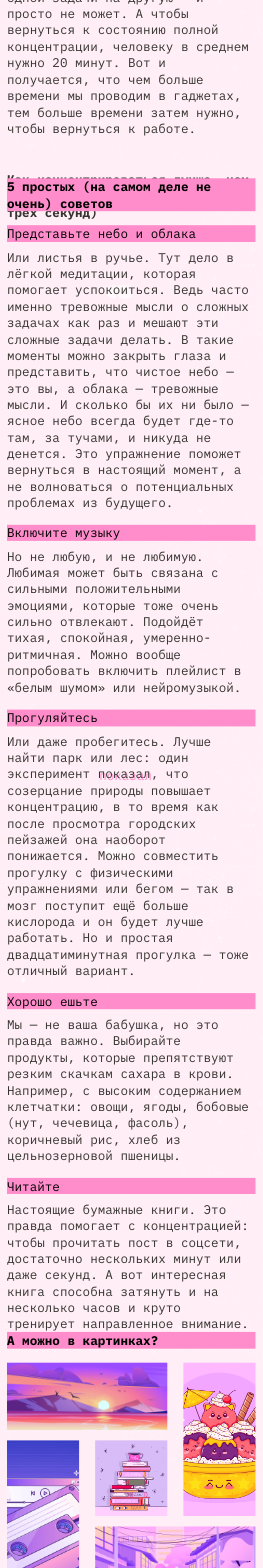
Repository: Hadoooouken/slozhno-sosredotochitsya
Page: index.html
These files come from the project's save history. The page is drawn as it stood at one moment and after a run of saves; the edit follows.
The browser window is 375 px wide. The pictures show the part of the page from y = 2764 to 5004 px (the page is 5963 px tall before and 5958 px after), at 70% of full size.
Backgrounds fixed to the window are drawn as part of the page.

Above is the page before, as saved 2024-01-24 22:03:21.

### index.html
<!DOCTYPE html>
<html lang="ru">
  <head>
    <meta charset="UTF-8" />
    <meta http-equiv="X-UA-Compatible" content="IE=edge" />
    <meta name="viewport" content="width=device-width, initial-scale=1.0" />
    <meta name="color-scheme" content="dark light" />
    <link rel="icon" href="images/favicon.svg" sizes="any" />
    <link rel="stylesheet" href="fonts/fonts.css" />
    <link rel="stylesheet" href="styles/globals.css" />
    <link rel="stylesheet" href="./styles/variables.css" />
    <link rel="stylesheet" href="scripts/script.js" />
    <link rel="stylesheet" href="./styles/style.css" />
    <link rel="stylesheet" href="./styles/dark.css" />
    <link rel="stylesheet" href="./styles/light.css" />
    <title>Сложно сосредоточиться</title>
  </head>
  <body class="page">
    <header class="header decorated-zone">
      <div class="decoration-element" aria-hidden="true"></div>
      <nav class="header__theme-menu">
        <ul class="header__theme-menu-list">
          <li class="header__theme-menu-item">
            <button
              class="header__theme-menu-button header__theme-menu-button_type_light"
            >
              День
            </button>
          </li>
          <li class="header__theme-menu-item">
            <button
              class="header__theme-menu-button header__theme-menu-button_active header__theme-menu-button_type_auto"
              disabled
            >
              Авто
            </button>
          </li>
          <li class="header__theme-menu-item">
            <button
              class="header__theme-menu-button header__theme-menu-button_type_dark"
            >
              Неон
            </button>
          </li>
        </ul>
      </nav>
      <h1 class="header__title">no focus</h1>
      <div class="header__text title_decor">
        <p>
          Что делать, когда не можешь делать ничего Или&nbsp;почему нам так
          сложно сконцентрироваться, особенно когда очень надо
        </p>
      </div>
    </header>
    <main class="main">
      <section class="section">
        <article class="focus__block">
          <h2 class="section__title">Почему сосредоточиться так сложно</h2>

          <div>
            <h2 class="section__sub-title title_decor">Многозадачность</h2>
            <p class="section__text">
              Особенно сложно сосредоточиться, когда задач много и все они —
              важные. Где же легендарная многозадачность, когда она так нужна
              вам (и всем нанимающим менеджерам этого мира)? А дело в том, что
              её просто не существует. Исследователи
              <a
                class="text__link"
                href="https://dana.org/article/multicosts-of-multitasking/"
                target="_blank"
                >выяснили</a
              >, что мозгу тяжело концентрироваться даже на двух делах
              одновременно. А когда в поле внимания попадает несколько важных
              задач, организм паникует и выделяет кортизол и адреналин —
              «гормоны стресса». Из-за этого мы работаем невнимательно:
              ошибаемся и быстро устаём.
            </p>
            <h2 class="section__sub-title title_decor">Дофамин</h2>
            <p class="section__text">
              С гормонами стресса всё понятно, но дальше — ещё интереснее. В
              нашей невозможности сосредоточиться замешана и полная
              противоположность стрессу — дофамин. Это вещество участвует в
              системе вознаграждения мозга. Причём тут он? Мы часто отвлекаемся
              от важной задачи на что-то более «приятное» для мозгов. Например,
              смотрим лайки в соцсетях. В это время и выделяется дофамин — и мы
              чувствуем удовольствие. Получается замкнутый круг: чем больше
              отвлекаешься, тем больше удовольствия получаешь.
            </p>
          </div>
        </article>
      </section>
      <section class="section">
        <article class="concentration__block">
          <div class="concentration">
            <h2 class="section__title">Что снижает концентрацию внимания?</h2>
          </div>

          <div class="multitasking">
            <h2 class="section__sub-title title_decor">Многозадачность</h2>
            <p class="section__text">
              Как концентрация может снижаться из-за… концентрации? Любая
              стрессовая ситуация (и резко меняющийся мир в целом) заставляет
              наш мозг постоянно «сканировать» окружающую среду на предмет
              опасности. Например, читать новости вместо работы. Но быть
              собранными всё время — невозможно. Концентрация — мышца, и она
              может не выдержать, если не давать ей отдохнуть.
            </p>
          </div>
          <div class="eat">
            <h2 class="section__sub-title title_decor">Еда</h2>
            <p class="section__text">
              «Быстрые углеводы» — сахар, белый хлеб, сладости — молниеносно
              доставляют в мозг энергию и помогают ему лучше работать. Но уходит
              эта энергия также быстро, как и приходит. А мы в результате
              попадаем на «углеводные качели»: как только действие «быстрых
              углеводов» заканчивается, мы чувствуем усталость и сонливость. И
              хотим ещё больше быстрых углеводов.
            </p>
          </div>
          <div class="gadgets">
            <h2 class="section__sub-title title_decor">Гаджеты</h2>
            <p class="section__text">
              Да-да, это та самая ситуация, когда на экране ноутбука — код, в
              наушниках — подкаст, а на компьютере фоном — ещё и видео с
              забавными утятами. В результате мозг пытается переключиться с
              одной задачи на другую — и просто не может. А чтобы вернуться к
              состоянию полной концентрации, человеку в среднем нужно 20 минут.
              Вот и получается, что чем больше времени мы проводим в гаджетах,
              тем больше времени затем нужно, чтобы вернуться к работе.
            </p>
          </div>
        </article>
      </section>
      <section class="section">
        <article class="how__block">
          <h2 class="section__title">
            Как концентрироваться лучше, чем золотая рыбка (то есть дольше трёх
            секунд)
          </h2>
          <div>
            <h2 class="concentration__title title_decor">
              5 простых (на самом деле не очень) советов
            </h2>
            <h2 class="concentration__sub-title title_decor">
              Представьте небо и облака
            </h2>
            <p class="concentration__text">
              Или листья в ручье. Тут дело в лёгкой медитации, которая помогает
              успокоиться. Ведь часто именно тревожные мысли о сложных задачах
              как раз и мешают эти сложные задачи делать. В такие моменты можно
              закрыть глаза и представить, что чистое небо — это вы, а облака —
              тревожные мысли. И сколько бы их ни было — ясное небо всегда будет
              где-то там, за тучами, и никуда не денется. Это упражнение поможет
              вернуться в настоящий момент, а не волноваться о потенциальных
              проблемах из будущего.
            </p>
            <h2 class="concentration__sub-title title_decor">
              Включите музыку
            </h2>
            <p class="concentration__text">
              Но не любую, и не любимую. Любимая может быть связана с сильными
              положительными эмоциями, которые тоже очень сильно отвлекают.
              Подойдёт тихая, спокойная, умеренно-ритмичная. Можно вообще
              попробовать включить плейлист в «белым шумом» или нейромузыкой.
            </p>
            <h2 class="concentration__sub-title title_decor">Прогуляйтесь</h2>
            <p class="concentration__text">
              Или даже пробегитесь. Лучше найти парк или лес: один эксперимент
              <a
                class="text__link"
                href="https://www.sciencedirect.com/science/article/abs/pii/S0272494415000328"
                target="_blank"
                >показал</a
              >, что созерцание природы повышает концентрацию, в то время как
              после просмотра городских пейзажей она наоборот понижается. Можно
              совместить прогулку с физическими упражнениями или бегом — так в
              мозг поступит ещё больше кислорода и он будет лучше работать. Но и
              простая двадцатиминутная прогулка — тоже отличный вариант.
            </p>
            <h2 class="concentration__sub-title title_decor">Хорошо ешьте</h2>
            <p class="concentration__text">
              Мы — не ваша бабушка, но это правда важно. Выбирайте продукты,
              которые препятствуют резким скачкам сахара в крови. Например, с
              высоким содержанием клетчатки: овощи, ягоды, бобовые (нут,
              чечевица, фасоль), коричневый рис, хлеб из цельнозерновой пшеницы.
            </p>
            <h2 class="concentration__sub-title title_decor">Читайте</h2>
            <p class="concentration__text">
              Настоящие бумажные книги. Это правда помогает с концентрацией:
              чтобы прочитать пост в соцсети, достаточно нескольких минут или
              даже секунд. А вот интересная книга способна затянуть и на
              несколько часов и круто тренирует направленное внимание.
            </p>
          </div>
        </article>
      </section>
      <section class="gallery__section section">
        <h2 class="gallery__title section__sub-title title_decor">
          А можно в картинках?
        </h2>
        <ul class="gallery__list">
          <li class="galery__list-item sunset">
            <img
              class="galery__img"
              loading="lazy"
              src="./images/sunset.png"
              alt="закат"
            />
          </li>
          <li class="galery__list-item ice-cream">
            <img
              class="galery__img"
              loading="lazy"
              src="./images/ice-cream.png"
              alt="мороженное"
            />
          </li>
          <li class="galery__list-item tape">
            <img
              class="galery__img"
              loading="lazy"
              src="./images/tape.png"
              alt="кассеты"
            />
          </li>
          <li class="galery__list-item books">
            <img
              class="galery__img"
              loading="lazy"
              src="./images/books.png"
              alt="книги"
            />
          </li>
          <li class="galery__list-item street">
            <img
              class="galery__img"
              loading="lazy"
              src="./images/street.png"
              alt="улица"
            />
          </li>
        </ul>
      </section>
    </main>
    <footer class="footer">
      <div class="decorated-zone"></div>
      <h2 class="footer__title">focus</h2>
    </footer>

    <script src="./scripts/script.js"></script>
  </body>
</html>

### styles/variables.css
:root {
  /*
  Переменные для вашего проекта
  и их переопределение под различные устройства
*/

  ---button-color: #ff0070;
  --decoration-element: #ff0070;
  --background-image: url(/images/cover-image-dark.png);
  --hover-color: rgb(255 0 112 / 0.4);
  --main-font: "IBM Plex mono" sans-serif;
  --focus-color: #ff0070;
  --main-title: #DB00FF;
  --sub-title-color: #000028;
  --backgroundg-sub-title: #FF0070;
  --title-color: #ff0070;
  --text-color: #f1b2ce;
  --bg-color: #000028;
  --link-color: #ff0070;
  --link-status:#F1B2CE;
  --shadow-color:#ff0070;


}

### scripts/script.js
const themeButtons = document.querySelectorAll('.header__theme-menu-button');

themeButtons.forEach((button) => {
  button.addEventListener('click', () => {
    themeButtons.forEach((btn) => {
      btn.classList.remove('header__theme-menu-button_active');
      btn.removeAttribute('disabled');
    });
    if (
      [...button.classList].includes('header__theme-menu-button_type_light')
    ) {
      changeTheme('light');
    } else if (
      [...button.classList].includes('header__theme-menu-button_type_dark')
    ) {
      changeTheme('dark');
    } else {
      changeTheme('auto');
    }
    button.classList.add('header__theme-menu-button_active');
    button.setAttribute('disabled', true);
  });
});

function changeTheme(theme) {
  document.body.className = 'page';
  document.body.classList.add(`theme_${theme}`);
  localStorage.setItem('theme', theme);
}

function initTheme() {
  const theme = localStorage.getItem('theme');
  if (theme) {
    changeTheme(theme);
    themeButtons.forEach((btn) => {
      btn.classList.remove('header__theme-menu-button_active');
      btn.removeAttribute('disabled');
    });
    document
      .querySelector(`.header__theme-menu-button_type_${theme}`)
      .classList.add('header__theme-menu-button_active');
    document
      .querySelector(`.header__theme-menu-button_type_${theme}`)
      .setAttribute('disabled', true);
  }
}

initTheme();

### styles/style.css
/* Основные стили проекта. Это стили для темы, которую вы верстаете первой. */

.page {
  /* сохраните в разметке и стилях класс page. На его основе работает скрипт. */

  background-color: var(--bg-color);
  background-image: var(--background-image);
  background-attachment: fixed;
  background-position: center;
  background-size: cover;
  font-family: "IBM Plex mono";
  font-size: 18px;
}
.section {
  padding: 0px 20px;
}

.header {
  position: relative;
  block-size: 100vh;
  min-block-size: 375px;
  padding: 20px;
  display: grid;
  grid-template-rows: 1fr min-content 1fr;
  justify-items: start;
}

.decorated-zone::before {
  content: "";
  position: absolute;
  border-block-start: 1px solid var(--decoration-element);
  border-inline-end: 1px solid var(--decoration-element);
  right: 20px;
  top: 20px;
  width: 25px;
  height: 25px;
}

.decorated-zone::after {
  content: "";
  position: absolute;
  border-block-end: 1px solid var(--decoration-element);
  border-inline-start: 1px solid var(--decoration-element);
  left: 20px;
  bottom: 20px;
  width: 25px;
  height: 25px;
}
.decoration-element {
  position: absolute;
  right: 48px;
  top: 21px;
}

.decoration-element::before {
  content: "REC";
  color: var(--decoration-element);
  font-family: inherit;
  display: inline-block;
}

.decoration-element::after {
  content: "";
  background-color: var(--decoration-element);
  width: 9px;
  height: 9px;
  border-radius: 50%;
  display: inline-block;
  box-shadow: 0px 0px 4px 2px var(--decoration-element);
  top: 6px;
  left: 42px;
  position: absolute;
}

.header__title {
  font-family: var(--main-font);
  font-size: clamp(7.5rem, 0.5625rem + 14.4531vw, 9.8125rem);
  color: var(--main-title);
  line-height: 82.5%;
  text-shadow: 4px 4px 0 var(--shadow-color);
  margin-inline-start: -20px;
}

.header__theme-menu {
  justify-self: center;
}

.header__text {
  font-size: 18px;
  justify-self: end;
  max-width: 491px;
  align-self: center;
  font-weight: 700;
  color: var(--sub-title-color);
  line-height: 23.4px;
}

.title_decor {
  background-color: var(--backgroundg-sub-title);
}

.header__theme-menu-list {
  display: flex;
  justify-content: center;
  gap: 10px;
}

.header__theme-menu-button {
  background-color: transparent;
  color: var(--button-color);
  border: none;
  text-transform: lowercase;
  line-height: 18px;
  padding: 2px 13px;
  cursor: pointer;
}

.header__theme-menu-button:focus {
  outline: none;
}

.header__theme-menu-button:focus-visible {
  text-decoration: underline;
  outline: none;
  color: var(--focus-color);
}

.header__theme-menu-button:hover {
  outline: 1px solid var(--hover-color);
}

.header__theme-menu-button_active {
  pointer-events: none;
  outline: 1px solid var(--button-color);
}

.main {
  padding-top: 60px;
}

.focus__block {
  display: grid;
  grid-template-columns: 1fr 2fr;
  gap: 10px;
}

.section__title {
  font-weight: 700;
  color: var(--title-color);
  font-size: inherit;
  line-height: 23.4px;
}

.section__sub-title {
  font-size: inherit;
  line-height: 23.4px;
  margin-block-end: 10px;
  font-weight: 700;
}

.section__text {
  font-size: inherit;
  line-height: 23.4px;
  color: var(--text-color);
  font-weight: 400;
  margin-block-end: 20px;
}
.section__text:last-child {
  margin-block-end: 0px;
}

.text__link {
  text-decoration: none;
  cursor: pointer;
  text-shadow: 2px 2px 0 var(--link-color);
}

.text__link:hover {
  border-bottom: 1px solid var(--link-status);
}

.text__link:focus {
  outline: none;
}

.text__link:focus-visible {
  outline: 1px solid var(--link-status);
  outline-offset: 0px;
}

.concentration__block {
  padding-top: 80px;
  display: grid;
  grid-template-columns: repeat(3, 1fr);
  grid-template-rows: repeat(2, min-content);
  grid-column-gap: 20px;
  grid-row-gap: 20px;
  grid-template-areas:
    "concentration . ."
    "multitasking eat gadgets";
}

.concentration {
  grid-area: concentration;
}

.multitasking {
  grid-area: multitasking;
}
.eat {
  grid-area: eat;
}

.gadgets {
  grid-area: gadgets;
}

.how__block {
  padding-top: 80px;
  display: grid;
  grid-template-columns: 1fr 2fr;
  grid-column-gap: 10px;
}

.concentration__title {
  font-size: inherit;
  line-height: 23.4px;
  margin-block-end: 20px;
  font-weight: 700;
}

.concentration__sub-title {
  font-weight: 400;
  font-size: inherit;
  line-height: 23.4px;
  margin-block-end: 10px;
}

.concentration__text {
  font-size: inherit;
  line-height: 23.4px;
  color: var(--text-color);
  font-weight: 400;
  margin-block-end: 20px;
}

.concentration__text:last-child {
  margin-block-end: 0px;
}

.gallery__section {
  padding-top: 80px;
}

.gallery__list {
  margin-block-start: 20px;
  margin-block-end: 60px;
  display: grid;
  grid-template-columns: repeat(3, 1fr);
  grid-template-rows: 260px 315px 428px;
  grid-column-gap: 20px;
  grid-row-gap: 22px;
  grid-template-areas:
    "sunset sunset ice-cream"
    "tape books ice-cream"
    "tape street street";
}

.galery__img {
  block-size: 100%;
  object-fit: cover;
  object-position: center;
  inline-size: 100%;
}

.sunset {
  grid-area: sunset;
}
.ice-cream {
  grid-area: ice-cream;
}
.tape {
  grid-area: tape;
}
.books {
  grid-area: books;
}
.street {
  grid-area: street;
}

.footer {
  display: flex;
  justify-content: center;
  align-items: center;
  block-size: 100vh;
  min-block-size: 375px;
  padding: 20px;
  position: relative;
}

.footer__title {
  font-family: var(--main-font);
  font-size: clamp(7.5rem, 0.5625rem + 14.4531vw, 9.8125rem);
  color: var(--main-title);
  line-height: 82.5%;
  text-shadow: 2px 2px 0px var(--shadow-color);
}

@media (max-width: 768px) {
  .header__theme-menu-list {
    display: flex;
    flex-direction: column;
  }
  .header__theme-menu {
    justify-self: end;
    align-self: center;
    display: block;
  }
  .header__theme-menu-button {
    padding: 4px 13px;
  }
  .header__text {
    max-width: 364px;
    justify-items: center; /*хз что тут*/
  }
  .focus__block {
    gap: 20px;
  }
  .section__title {
    max-width: 236px;
  }
  .concentration__block {
    grid-template-columns: none;

    grid-template-areas:
      "concentration"
      "multitasking"
      "eat"
      "gadgets";
  }
  .how__block {
    grid-column-gap: 20px;
  }
  .gallery__list {
    grid-template-rows: auto;
    grid-row-gap: 15px;
    grid-column-gap: 23px;
  }
}

@media (max-width: 375px) {
  .header {
    padding: 10px;
  }

  .decorated-zone::before {
    right: 11px;
    top: 11px;
  }
  .section {
    padding: 0 10px;
  }

  .decorated-zone::after {
    left: 11px;
    bottom: 11px;
  }

  .decoration-element {
    right: 38px;
    top: 12px;
  }

  .header__title {
    margin: 0;
  }
  .header__theme-menu-button {
    padding: 4px 18px;
  }

  .header__theme-menu-button:hover {
    outline-offset: -1px;
  }

  .header__theme-menu-button_active {
    outline-offset: -1px;
  }

  .header__text {
    max-width: 355px;
    justify-items: start; /*хз что тут*/
  }
  .main {
    padding-top: 40px;
  }
  .focus__block {
    display: grid;
    grid-template-rows: 1fr;
    grid-template-columns: 355px;
  }
  .section__title {
    max-width: 355px;
  }

  .concentration__block {
    padding-top: 50px
  }

  .how__block {
   padding-top: 50px;
   grid-template-columns: auto;
  grid-template-rows: auto;
  grid-column-gap: 10px;
  grid-template-rows: 10px;

  }

  .section__title {


  }
}

### styles/dark.css
/*
  Специально для тёмной темы при наличии класса,
  здесь окажутся стили, которые нужно переопределить принудительно,
  переключая тему
*/

.page.theme_dark {
  /* сохраните этот селектор в приведённом виде.
    Так стили написанные ниже будут иметь больший вес,
    чем стили в медиазапросе предпочтений пользователя
  */
  --button-color: #ff0070;
  --decoration-element: #ff0070;
  --background-image: url(/images/cover-image-dark.png);
  --hover-color: rgb(255 0 112 / 0.4);
  --main-font: "IBM Plex mono" sans-serif;
  --focus-color: #ff0070;
  --main-title: #DB00FF;
  --sub-title-color: #000028;
  --backgroundg-sub-title: #FF0070;
  --title-color: #ff0070;
  --text-color: #f1b2ce;
  --bg-color: #000028;
  --link-color: #ff0070;
  --link-status:#F1B2CE;
  --shadow-color:#ff0070;

}

### styles/light.css
/*
  Специально для светлой темы при наличии класса.
  Здесь окажутся стили, которые нужно переопределить принудительно,
  переключая тему
*/

.page.theme_light {
  /* сохраните этот селектор в приведённом виде.
    Так стили написанные ниже будут иметь больший вес,
    чем стили в медиазапросе предпочтений пользователя
  */
  --button-color: #353430;
  --decoration-element: #353430;
  --background-image: url(/images/cover-image-light.png);
  --hover-color: rgb(50 49 45 / 0.4);
  --main-font: "IBM Plex mono" sans-serif;
  --focus-color: #353430;
  --main-title: #ffc2e6;
  --sub-title-color: #353430;
  --backgroundg-sub-title: #ff8dcb;
  --title-color: #353430;
  --text-color: #353430;
  --bg-color: #fff1f7;
  --link-color: #ff8dcb;
  --link-status: #353430;
  --shadow-color: #ff0070;
}

@media (prefers-color-scheme: light) {
  :root {
    --button-color: #353430;
    --decoration-element: #353430;
    --background-image: url(/images/cover-image-light.png);
    --hover-color: rgb(50 49 45 / 0.4);
    --main-font: "IBM Plex mono" sans-serif;
    --focus-color: #353430;
    --main-title: #ffc2e6;
    --sub-title-color: #353430;
    --backgroundg-sub-title: #ff8dcb;
    --title-color: #353430;
    --text-color: #353430;
    --bg-color: #fff1f7;
    --link-color: #ff8dcb;
    --link-status: #353430;
    --shadow-color: #ff0070;
  }
  .theme_light .decoration-element {
    display: none;
  }
}

.theme_auto .decoration-element {
  display: none;
}

Loaded but not shown: fonts/fonts.css (common file); styles/globals.css (common file)

After the next 2 saves:
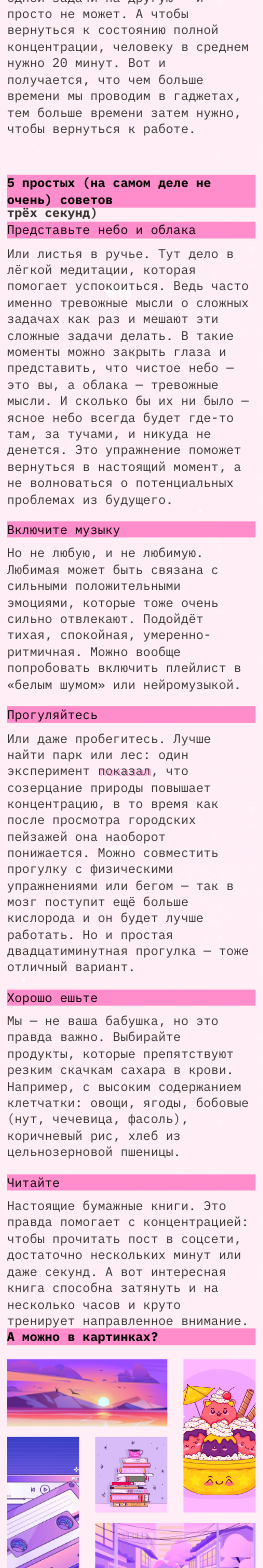
The 2 saves are shown as one change because they came seconds apart.
The last was saved 14 s later.
--- a/styles/style.css
+++ b/styles/style.css
@@ -412,7 +412,7 @@
    grid-template-columns: auto;
   grid-template-rows: auto;
   grid-column-gap: 10px;
-  grid-template-rows: 10px;
+  grid-template-rows: 5px;
 
   }
 
